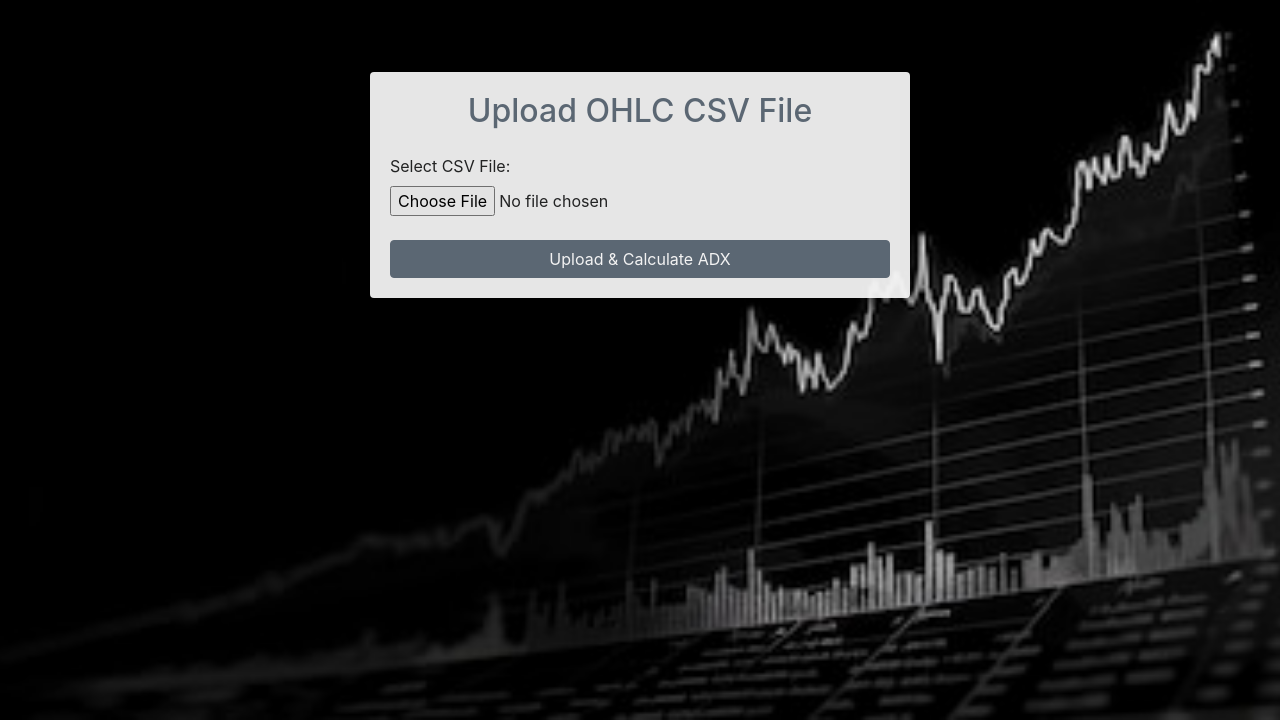
Repository: TEJAS-MI/Intelliqube-Assignment
Page: http://localhost/
The author's editor kept a copy of each file at every save. The page is drawn from the files as they stood at one save, then again after a run of saves.
The browser window is 1280 px wide. The pictures show the whole page.
The page is served by the project's application, run on Django 2.2 (manage.py). Other server files are loaded and not shown.

Above is the page before, as saved 2025-12-03 20:26:19.

### adxapp/views.py
# adxapp/views.py

import pandas as pd
from django.shortcuts import render
from django.http import HttpResponse
from .utils import calculate_adx
import matplotlib
matplotlib.use('Agg')
from matplotlib import pyplot as plt
import io
import base64


def index(request):
    return render(request, 'adxapp/index.html')


def process_file(request):
    if request.method != 'POST':
        return render(request, 'adxapp/index.html')

    if 'csv_file' not in request.FILES:
        return render(request, 'adxapp/index.html', {'error': 'Please upload a CSV file.'})

    uploaded_file = request.FILES['csv_file']

    try:
        # Read the CSV exactly as-is (do not set index_col)
        df_in = pd.read_csv(uploaded_file)
        # Calculate ADX (utils will detect date and OHLC)
        result_df = calculate_adx(df_in)
    except Exception as e:
        # Catch and display calculation errors (like missing columns)
        return render(request, 'adxapp/index.html', {'error': f'Error processing file: {e}'})

    # Save result CSV in session for download
    csv_buffer = io.StringIO()
    # IMPORTANT: index=False to prevent the date/time column from being repeated as 'Unnamed: 0'
    result_df.to_csv(csv_buffer, index=False)
    request.session['csv_output'] = csv_buffer.getvalue()

    # Produce plot: plot numeric arrays (skip NaNs automatically)
    plt.figure(figsize=(10, 5))
    # plot by column values so x-axis is simple index
    plt.plot(result_df['ADX'].values, label='ADX')
    plt.plot(result_df['+DI14'].values, label='+DI14')
    plt.plot(result_df['-DI14'].values, label='-DI14')
    plt.title('ADX, +DI14, -DI14')
    plt.legend()
    plt.tight_layout()

    img_buffer = io.BytesIO()
    plt.savefig(img_buffer, format='png')
    plt.close()
    img_buffer.seek(0)
    plot_base64 = base64.b64encode(img_buffer.read()).decode('utf-8')

    # Prepare preview including date column if present
    preview_df = result_df.head(10)
    preview_columns = preview_df.columns.tolist()
    preview_data = preview_df.values.tolist()

    return render(request, 'adxapp/result.html', {
        'plot_base64': plot_base64,
        'preview_columns': preview_columns,
        'preview_data': preview_data
    })


def download_csv(request):
    csv_data = request.session.get('csv_output')
    if not csv_data:
        return HttpResponse("No output to download. Upload and process a file first.", status=400)
    response = HttpResponse(csv_data, content_type='text/csv')
    response['Content-Disposition'] = 'attachment; filename="adx_output.csv"'
    return response

### adxapp/templates/adxapp/index.html
{% load static %}
<!DOCTYPE html>
<html>
  <head>
    <meta charset="utf-8" />
    <title>ADX Calculator – Upload File</title>

    <link
      rel="stylesheet"
      href="https://cdn.jsdelivr.net/npm/bootstrap@4.1.3/dist/css/bootstrap.min.css"
      integrity="sha384-MCw98/SFnGE8fJT3GXwEOngsV7Zt27NXFoaoApmYm81iuXoPkFOJwJ8ERdknLPMO"
      crossorigin="anonymous"
    />

    <style>
      /* Background styling */
      body {
        background-image: url("{% static 'img/trading_graph.jpeg' %}");
        background-size: cover;
        background-attachment: fixed;
        background-position: center center;
        filter: brightness(95%) grayscale(90%);
      }

      /* Form Card Styling */
      .form-card {
        background-color: rgba(255, 255, 255, 0.95);
        box-shadow: 0 10px 20px rgba(0, 0, 0, 0.6);
        border: none;
      }
    </style>
  </head>

  <body>
    <div class="container mt-4">
      <div class="row justify-content-center">
        <div class="col-md-6">
          <div class="card form-card mt-5">
            <div class="card-body">
              <h2 class="mb-4 text-center text-primary">
                Upload OHLC CSV File
              </h2>

              <form
                action="{% url 'process_file' %}"
                method="POST"
                enctype="multipart/form-data"
              >
                {% csrf_token %}

                <div class="form-group">
                  <label>Select CSV File:</label>
                  <input
                    type="file"
                    name="csv_file"
                    class="form-control-file"
                    required
                  />
                </div>

                <button type="submit" class="btn btn-primary btn-block mt-4">
                  Upload & Calculate ADX
                </button>
              </form>
            </div>
          </div>
        </div>
      </div>
    </div>
  </body>
</html>

### adxproject/urls.py
"""adxproject URL Configuration

The `urlpatterns` list routes URLs to views. For more information please see:
    https://docs.djangoproject.com/en/2.2/topics/http/urls/
Examples:
Function views
    1. Add an import:  from my_app import views
    2. Add a URL to urlpatterns:  path('', views.home, name='home')
Class-based views
    1. Add an import:  from other_app.views import Home
    2. Add a URL to urlpatterns:  path('', Home.as_view(), name='home')
Including another URLconf
    1. Import the include() function: from django.urls import include, path
    2. Add a URL to urlpatterns:  path('blog/', include('blog.urls'))
"""
from django.contrib import admin
from django.urls import path ,include

urlpatterns = [
    path('admin/', admin.site.urls),

    path('',include('adxapp.urls')),
]

### adxapp/urls.py
from django.urls import path
from . import views

urlpatterns = [
    path('', views.index, name='index'),
    path('process/', views.process_file, name='process_file'),
    path('download/', views.download_csv, name='download_csv'),
]

After the next 2 saves:
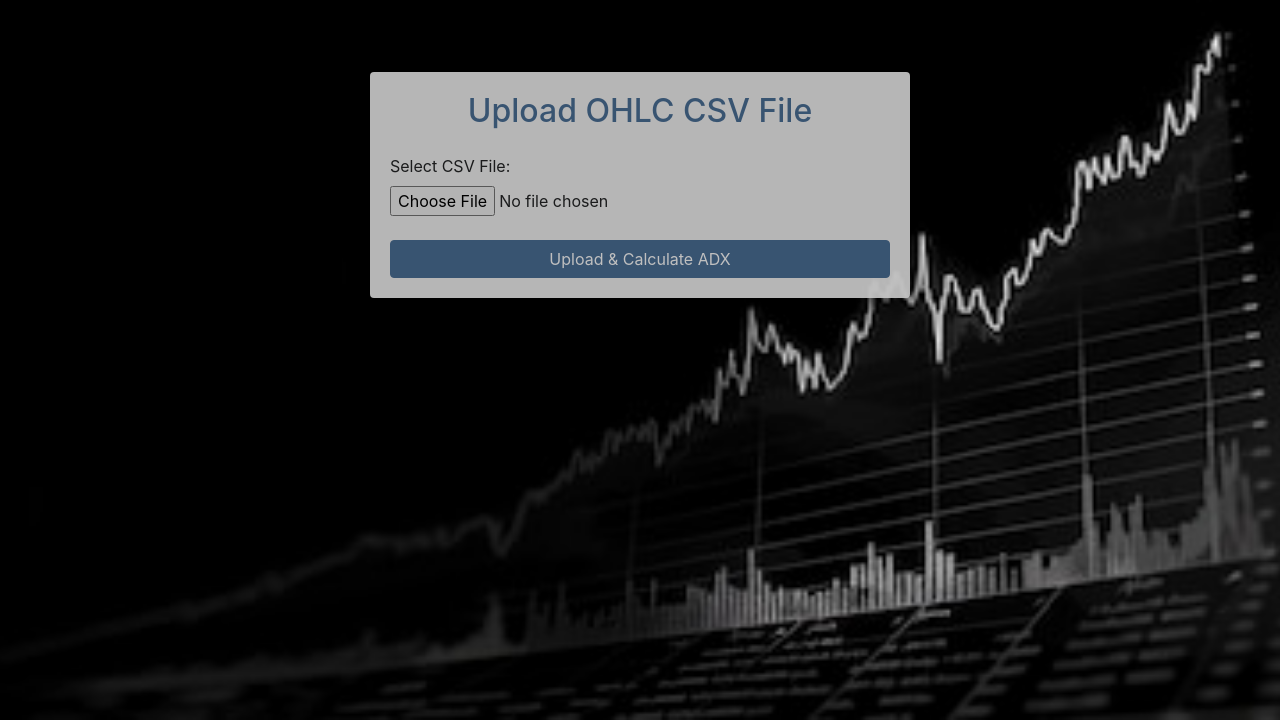
The 2 saves are shown as one change because they came seconds apart.
The last was saved 43 s later.
--- a/adxapp/templates/adxapp/index.html
+++ b/adxapp/templates/adxapp/index.html
@@ -19,7 +19,7 @@
         background-size: cover;
         background-attachment: fixed;
         background-position: center center;
-        filter: brightness(95%) grayscale(90%);
+        filter: brightness(75%) grayscale(70%);
       }
 
       /* Form Card Styling */
